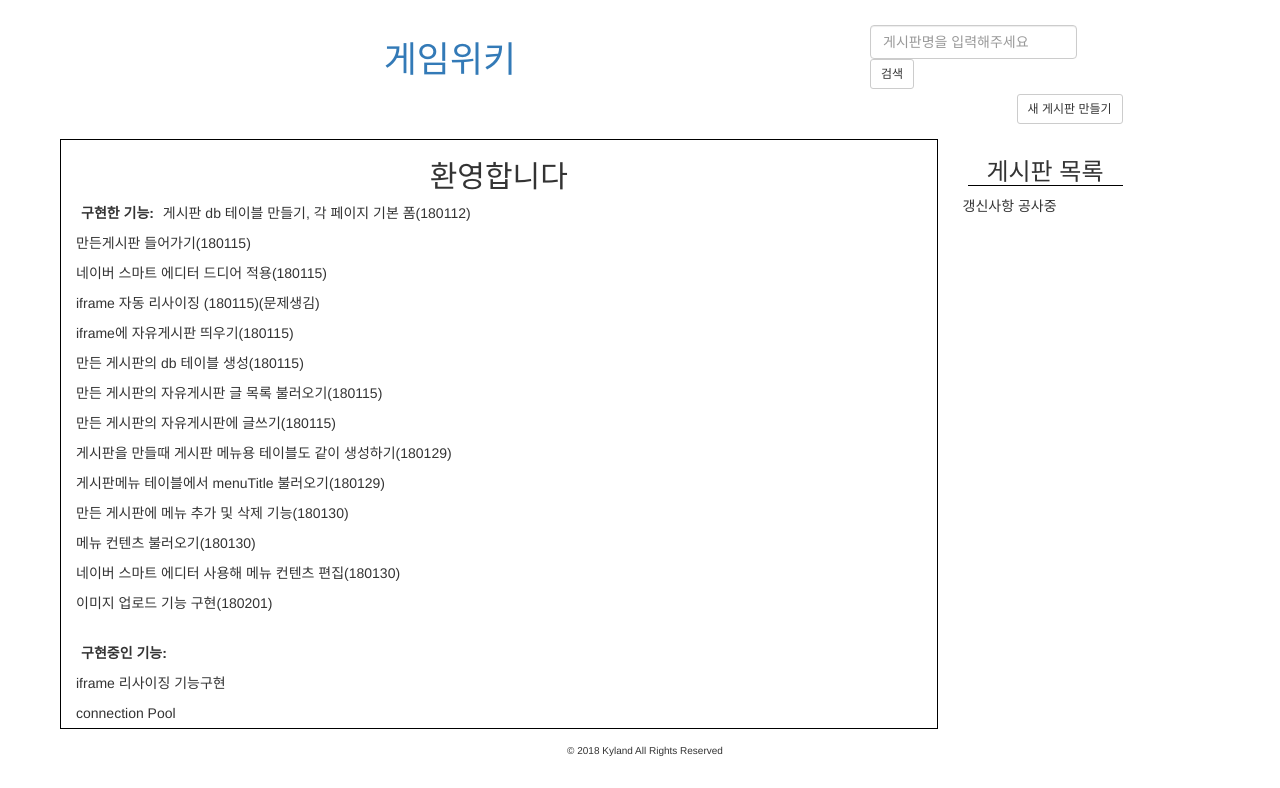
Repository: sithslord/GameWiki
Page: http://localhost/JSPBoard/MainPage/Main.jsp
These files come from the project's save history. The page is drawn as it stood at one moment and after the next save; the edit follows.
The browser window is 1280 px wide. The pictures show the whole page.
An inner scrolling area shows only its first screen. The page is served by Tomcat 9. Other server files are loaded and not shown.

Above is the page before, as saved 2018-02-05 08:37:31.
Console error (its wording comes from the project's code and is left out).

### ReWork/JSPBoard/WebContent/MainPage/Main.jsp
<%@ page language="java" contentType="text/html; charset=EUC-KR"
	pageEncoding="EUC-KR"%>
<%@ taglib prefix="c" uri="http://java.sun.com/jsp/jstl/core"%>

<!DOCTYPE html PUBLIC "-//W3C//DTD HTML 4.01 Transitional//EN" "http://www.w3.org/TR/html4/loose.dtd">
<html>
<head>
<meta http-equiv="Content-Type" content="text/html; charset=EUC-KR">
<title>게임 위키</title>
<link rel="stylesheet" href="../css/bootstrap.css">
<script src="../js/bootstrap.js"></script>

<style type="text/css">
* {
	margin: 5px;
	padding: 0;
}

#info {
	height: 590px;
	border: 1px solid black;
	overflow: scroll;
}

#news {
	height: auto;
}

#news h3 {
	border-bottom: 1px solid black;
}


#copyright {
	font-size: 10px;
}

.hyper {
	link {text-decoration: none;
	color: black;
}

visitied {
	text-decoration: none;
	color: black;
}

action {
	text-decoration: none;
	color: black;
}

hover {
	text-decoration: none;
	color: black;
}
}
</style>
</head>
<body>
	<div class="container">
		<div class="row">
			<div id="banner" class="col-sm-8">
				<a class="hyper" href="main.do" align="center"><h1>게임위키</h1></a>
			</div>
			<div id="srch" class="col-sm-3">
				<form action="search" method="post" class="form-inline">
					<input type="text" name="srch" class="form-control" placeholder="게시판명을 입력해주세요"> <input
						type="button" onclick="location.href ='../MainPage/NotReady.jsp'" class="btn btn-default btn-sm" value="검색">
				</form>

				<form action="makeboard.do" method="post">
					<input type="submit" class="btn btn-default btn-sm pull-right" value="새 게시판 만들기">
				</form>
			</div>
		</div>

	<div class="row">
		<div id="info" class="col-sm-9">
			<h2 align="center">환영합니다</h2>

			<p>
				<strong>구현한 기능:</strong> 게시판 db 테이블 만들기, 각 페이지 기본 폼(180112)
			</p>
			<p>만든게시판 들어가기(180115)</p>
			<p>네이버 스마트 에디터 드디어 적용(180115)</p>
			<p>iframe 자동 리사이징 (180115)(문제생김)</p>
			<p>iframe에 자유게시판 띄우기(180115)</p>
			<p>만든 게시판의 db 테이블 생성(180115)</p>
			<p>만든 게시판의 자유게시판 글 목록 불러오기(180115)</p>
			<p>만든 게시판의 자유게시판에 글쓰기(180115)</p>
			<p>게시판을 만들때 게시판 메뉴용 테이블도 같이 생성하기(180129)</p>
			<p>게시판메뉴 테이블에서 menuTitle 불러오기(180129)</p>
			<p>만든 게시판에 메뉴 추가 및 삭제 기능(180130)</p>
			<p>메뉴 컨텐츠 불러오기(180130)</p>
			<p>네이버 스마트 에디터 사용해 메뉴 컨텐츠 편집(180130)</p>
			<p>이미지 업로드 기능 구현(180201)</p>

			</br>
			<p>
				<strong>구현중인 기능:</strong>
			</p>
			<p>iframe 리사이징 기능구현</p>
			<p>connection Pool</p>
			<p>검색기능</p>
			</br>

			<p>
				<strong>문제:</strong> crate테이블 작동안함(테이블 이름에 ' ' 가 입력되어 쿼리
				오류)...(180117)(해결)
			</p>
			<p>해결방법 = String 쿼리를 나눠서 나중에 합쳐서 입력</p>
			<p>한글 입력이 ??? 로 표시(180117) ->해결(180118)</p>
			<p>모든 jsp페이지를 euc-kr로 인코딩= 실패</p>
			<p>mysql 모든 인코딩을 euc-kr로 바꿈 = 실패</p>
			<p>원인=get방식때문 /해결방법=톰캣 server.xml에서 connector에
				URIEncoding="EUC-KR"추가해줌</p>
			<p>iframe자동 리사이징 작동불가(임시방편으로 스크롤로 대체)</p>
			<p>업로드한 이미지가 화면을 벗어나는 현상(해결)</p>
			</br>

			<p>
				<strong>보류중인 기능:</strong> 로그인
			</p>


		</div>

		<div id="news" class="col-sm-2">
			<h3 align="center">게시판 목록</h3>
			<c:forEach items="${news }" var="dto">
				<p>
					<a href="board_view.do?bdId=${dto.bdId }&bdTitle=${dto.bdTitle }">${dto.bdTitle }</a>
				</p>
			</c:forEach>

			<p>갱신사항 공사중</p>
		</div>
	</div>

	<div class="row">
	<div class="col-sm-12">

		<p align="center" id="copyright">&copy; 2018 Kyland All Rights Reserved</p>
	</div>
	</div>
	</div>



</body>
</html>

Loaded but not shown: ReWork/JSPBoard/WebContent/css/bootstrap.css (library); ReWork/JSPBoard/WebContent/js/bootstrap.js (library)

After the next save:
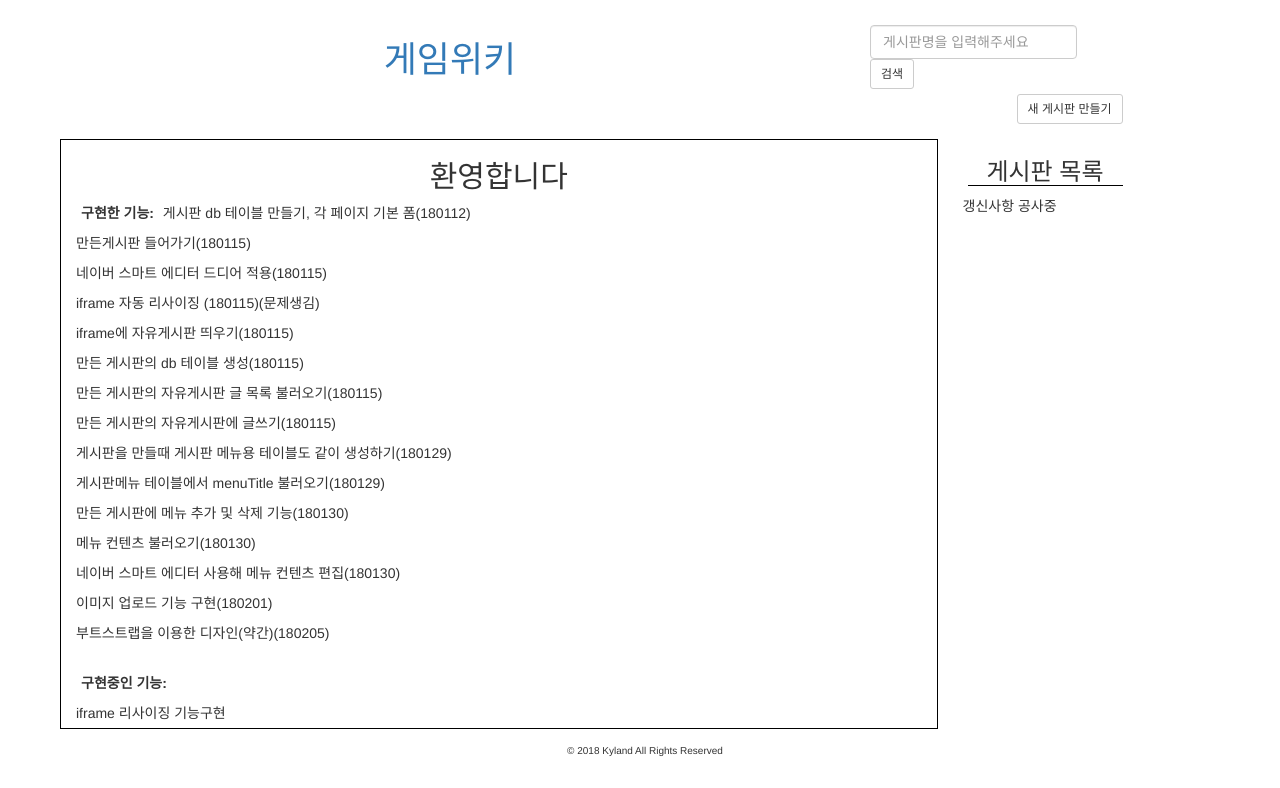
Saved 4 min 49 s later.
--- a/ReWork/JSPBoard/WebContent/MainPage/Main.jsp
+++ b/ReWork/JSPBoard/WebContent/MainPage/Main.jsp
@@ -95,6 +95,7 @@ hover {
 			<p>메뉴 컨텐츠 불러오기(180130)</p>
 			<p>네이버 스마트 에디터 사용해 메뉴 컨텐츠 편집(180130)</p>
 			<p>이미지 업로드 기능 구현(180201)</p>
+			<p>부트스트랩을 이용한 디자인(약간)(180205)</p>
 
 			</br>
 			<p>
